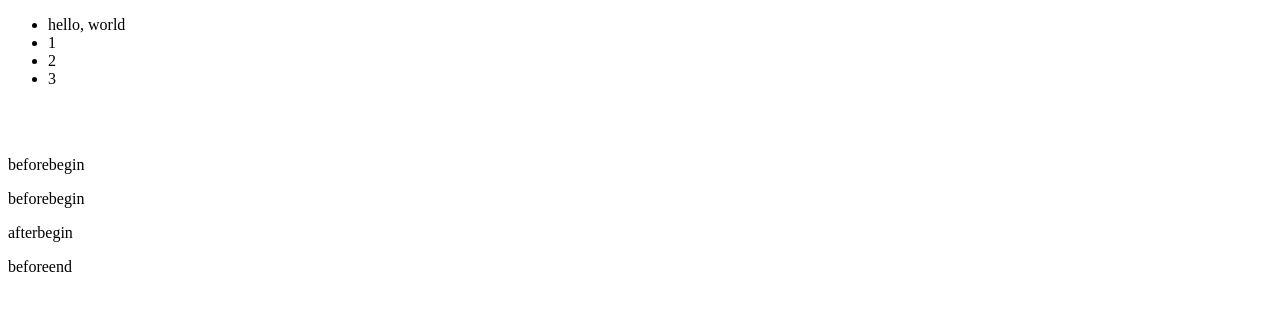
Repository: lcl22hope/webInterview
Page: DOM-Issues/翻转DOM.html
These files come from the project's save history. The page is drawn as it stood at one moment and after a run of saves; the edit follows.
The browser window is 1280 px wide. The pictures show the whole page.

Above is the page before, as saved 2019-11-20 13:52:20.

### DOM-Issues/翻转DOM.html
<!DOCTYPE html>

<html>
    <head>


        <!-- 历史原因 之前空白被忽略 -->
        <title>测试</title>





        <script>
            console.log('test')
        </script>
    </head>



    <body>
        <ul id="list">
            <li>1</li>
            <li>2</li>
            <li>3</li>
        </ul>
        <br/>
        <br/>
        <div id="div"></div>
        <script>
            let list = document.getElementById('list')
            let newLi = document.createElement('li')
            newLi.innerHTML = 'hello, world';
            list.insertBefore(newLi, list.children[1]);
            list.insertBefore(newLi, list.firstChild);


            let div = document.getElementById('div');
            div.insertAdjacentHTML('beforebegin', '<p>beforebegin</p>')
            div.insertAdjacentHTML('afterbegin', '<p>afterbegin</p>')
            div.insertAdjacentHTML('beforebegin', '<p>beforebegin</p>')
            div.insertAdjacentHTML('beforeend', '<p>beforeend</p>')
        </script>
    </body>
</html>

After the next 2 saves:
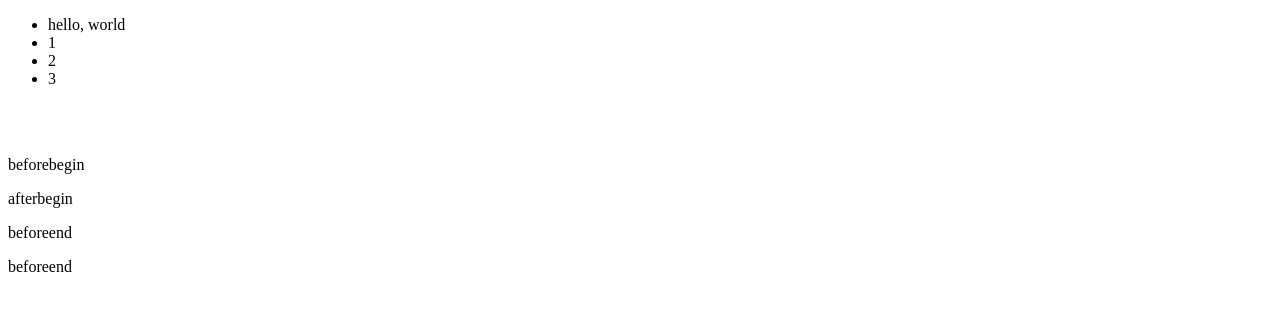
The 2 saves are shown as one change because they came seconds apart.
The last was saved 8 s later.
--- a/DOM-Issues/翻转DOM.html
+++ b/DOM-Issues/翻转DOM.html
@@ -38,7 +38,7 @@
             let div = document.getElementById('div');
             div.insertAdjacentHTML('beforebegin', '<p>beforebegin</p>')
             div.insertAdjacentHTML('afterbegin', '<p>afterbegin</p>')
-            div.insertAdjacentHTML('beforebegin', '<p>beforebegin</p>')
+            div.insertAdjacentHTML('beforeend', '<p>beforeend</p>')
             div.insertAdjacentHTML('beforeend', '<p>beforeend</p>')
         </script>
     </body>
